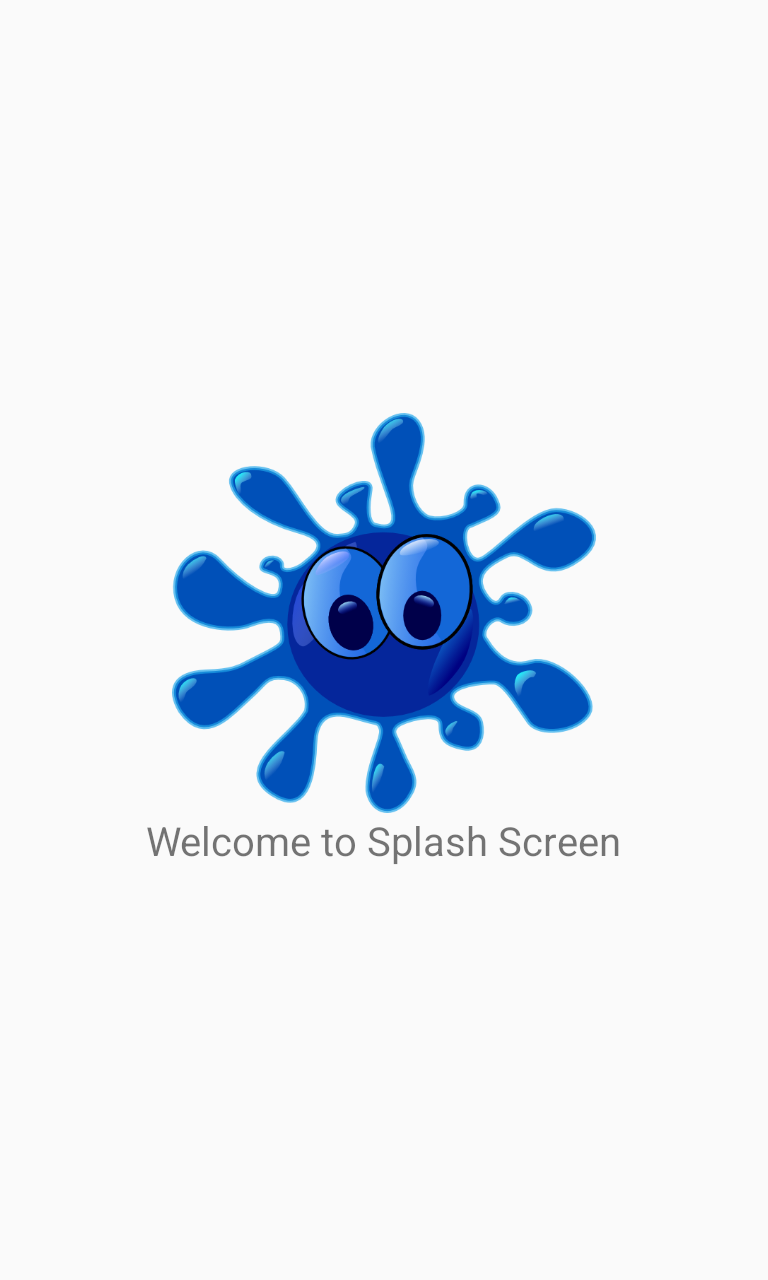
Repository: AlvaroCortez/Assigment1
Layout: SplashScreen/res/layout/activity_main.xml
An editor plug-in stored every save of this project. The layout is shown before and after the next save, followed by the edit.
It is drawn on a 768 x 1280 px phone screen (xhdpi) without system bars, with theme AppTheme; the app's code is not run.

Above is the layout before, as saved 2014-04-27 18:22:27.

After the next save:
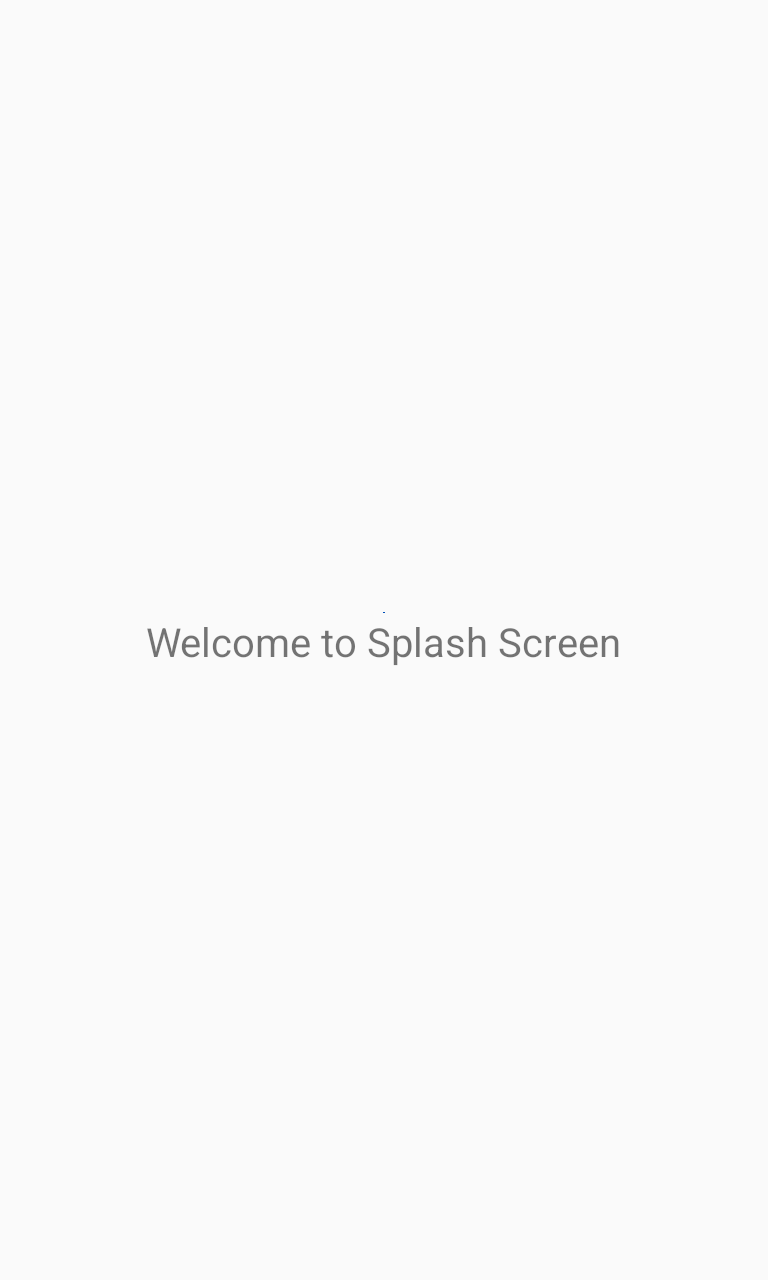
Saved 93 s later.
--- a/SplashScreen/res/layout/activity_main.xml
+++ b/SplashScreen/res/layout/activity_main.xml
@@ -7,7 +7,7 @@
 
     <ImageView
         android:layout_width="300"
-        android:layout_height="200"
+        android:layout_height="200%"
         android:contentDescription="@string/app_name"
         android:src="@drawable/splash">
         </ImageView>
